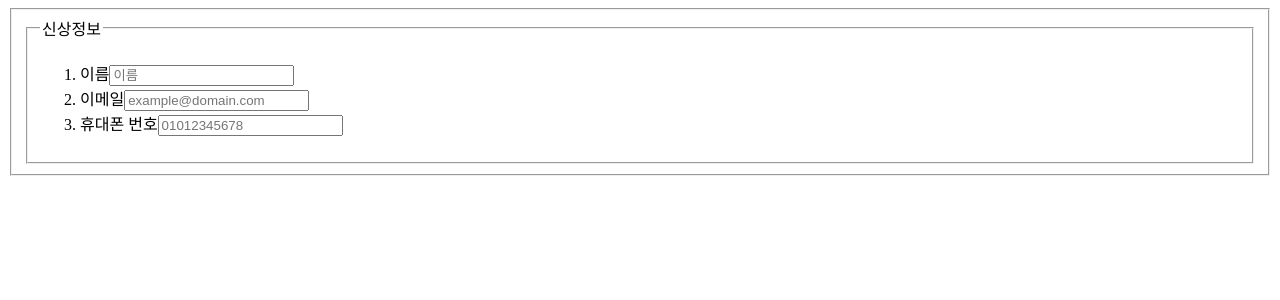
Repository: daehyeonhong/HTML
Page: Test/WebContent/exercise0518/exercise008.html
An editor plug-in stored every save of this project. The page is shown before and after a run of saves, followed by the edit.
The browser window is 1280 px wide. The pictures show the whole page.

Above is the page before, as saved 2020-05-18 23:53:27.

After the next 2 saves:
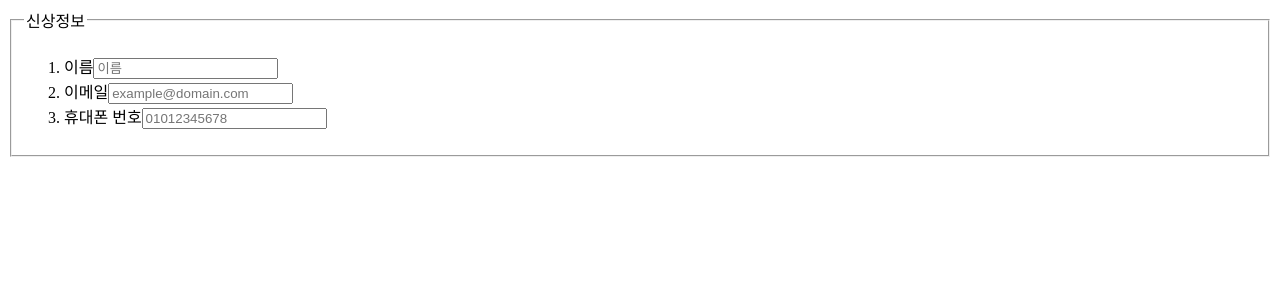
The 2 saves are shown as one change because they came seconds apart.
The last was saved 8 s later.
--- a/Test/WebContent/exercise0518/exercise008.html
+++ b/Test/WebContent/exercise0518/exercise008.html
@@ -5,13 +5,17 @@
 <title>Insert title here</title>
 </head>
 <body>
-	<fieldset ><fieldset ><legend>신상정보</legend>
+	<fieldset>
+		<legend>신상정보</legend>
 		<form action="">
 			<ol>
-				<li>이름<input type="text"name="name"placeholder="이름"></li>
-				<li>이메일<input type="email"name="email"placeholder="example@domain.com"></li>
-				<li>휴대폰 번호<input type="tel"name="phone"placeholder="01012345678"></li>
+				<li>이름<input type="text" name="name" placeholder="이름"></li>
+				<li>이메일<input type="email" name="email"
+					placeholder="example@domain.com"></li>
+				<li>휴대폰 번호<input type="tel" name="phone"
+					placeholder="01012345678"></li>
 			</ol>
-		</form></fieldset>
+		</form>
+	</fieldset>
 </body>
 </html>
